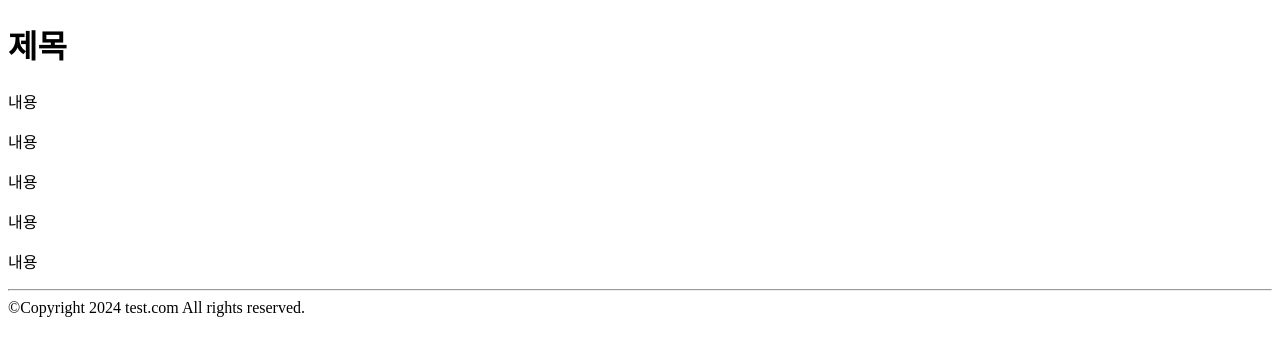
Repository: jinliuli/SIST_server
Page: http://localhost/JSPTest/ex03.jsp
These files come from the project's save history. The page is drawn as it stood at one moment and after the next save; the edit follows.
The browser window is 1280 px wide. The pictures show the whole page.
The page is served by Tomcat 9.

Above is the page before, as saved 2024-09-13 07:12:39.

### JSPTest/src/main/webapp/ex03.jsp
<%@ page language="java" contentType="text/html; charset=UTF-8"
    pageEncoding="UTF-8"%>
<!DOCTYPE html>
<html>
<head>
<meta charset="UTF-8">
<title>Insert title here</title>
</head>
<body>
	<!-- ex03.jsp -->
	<h1>제목</h1>

	<p>내용</p>
	<p>내용</p>
	<p>내용</p>
	<p>내용</p>
	<p>내용</p>

	<hr>
	<div>
		&copy;Copyright 2024 test.com All rights reserved.
	</div>

</body>
</html>

After the next save:
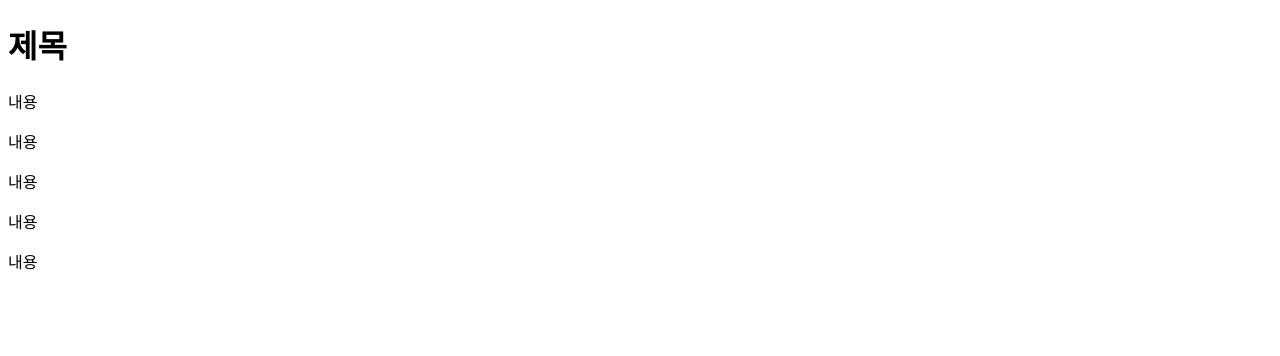
Saved 52 s later.
--- a/JSPTest/src/main/webapp/ex03.jsp
+++ b/JSPTest/src/main/webapp/ex03.jsp
@@ -16,10 +16,6 @@
 	<p>내용</p>
 	<p>내용</p>
 
-	<hr>
-	<div>
-		&copy;Copyright 2024 test.com All rights reserved.
-	</div>
 
 </body>
 </html>
